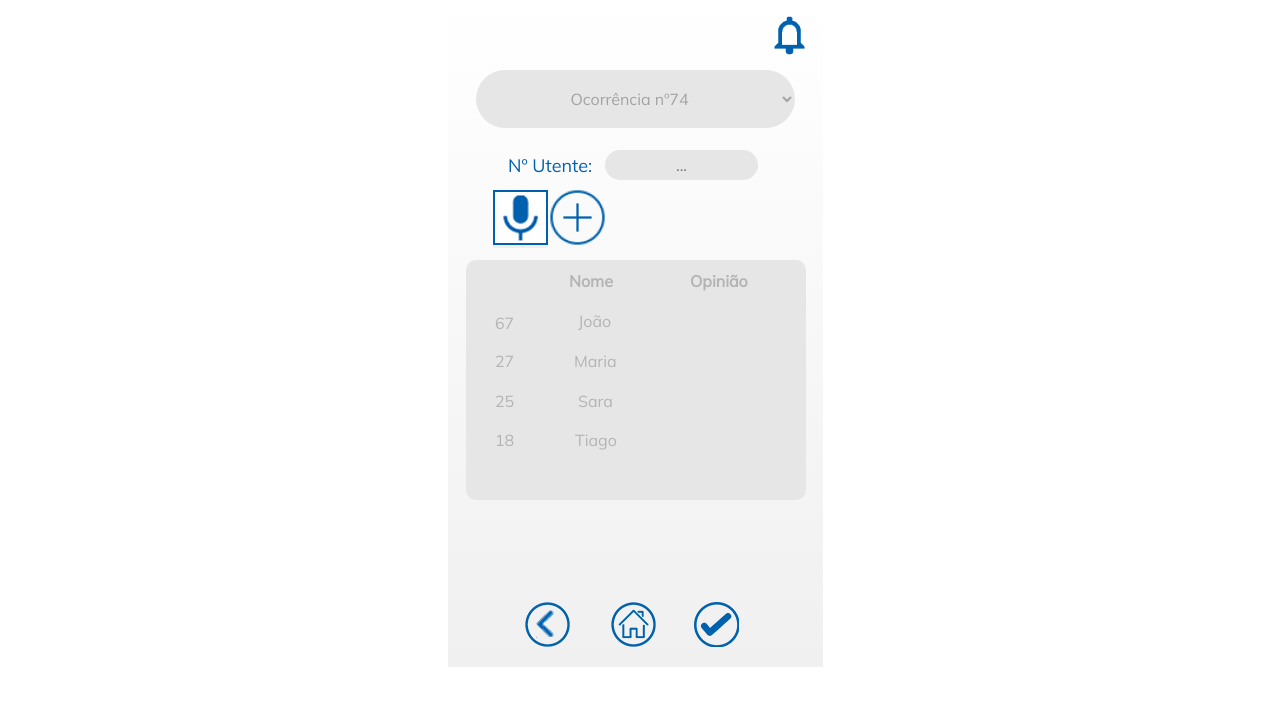
Repository: PedroMM-G/INEM
Page: Back-Office/registo_opinioes_externas.html
The author's editor kept a record of every edit. The page is drawn from the files as they stood at one moment, then again after the next edit.
The browser window is 1280 px wide. The pictures show the whole page.

Above is the page before.
Console error: TypeError: Cannot read properties of null (reading 'addEventListener')

### Back-Office/registo_opinioes_externas.html
<!DOCTYPE html>
<html><head>
    <link href="https://fonts.googleapis.com/css?family=Mulish&amp;display=swap" rel="stylesheet">
    <link href="estilo.css" rel="stylesheet">
        <script src="script.js"></script>
    <title>Document</title>
    <meta charset="utf-8">
</head>

<body>
    <div class="main">
        <button class ="notificacoes" onclick="myFunction()">
            <img src="imagens/notificacoes.png"> </button>
        <button id="microfone">
            <img src="imagens/microfone.jpg" > </button>



        <button id="add2">
            <img src="imagens/add2.png" class="add"></button>

        <input type="text" class="add_utente" placeholder="...">
        <div>
            <span>
                <select class="selecionar">
                    <option>Ocorrência nº74</option>
                    <option>Ocorrência nº73</option>
                    <option>Ocorrência nº72</option>
                    <option>Ocorrência nº71</option>
                </select>
            </span>
        </div>

        <span class="n_utente">Nº Utente:</span>



        <div class="tabela2">
            <span class="numero_1">67</span>
            <span class="numero_2">25</span>
            <span class="numero_3">18</span>
            <span class="numero_4">27</span>
            <span class="name_1">João</span>
            <span class="name_2">Sara</span>
            <span class="name_3">Tiago</span>
            <span class="name_4">Maria</span>
            <span class="titulo_1">Opinião</span>
            <span class="titulo_2">Nome</span>

        </div>


        <!------------ barra de navegaçao ------------------>

            <a href="menu_ocorrencias.html">
            <button class="voltar">
            <img src="imagens/voltar.png">
            </button>
            </a>

            <a href="menu_auditor.html">
            <button class="home">
            <img src="imagens/home.png">
            </button>
            </a>

            <button class="confirmar">
            <img src="imagens/confirmar.png">
            </button>
            </a>

    </div>


    </body>

</html>

Loaded but not shown: Back-Office/script.js (317 lines, source omitted); Back-Office/estilo.css (2598 lines, source omitted)

After the next edit:
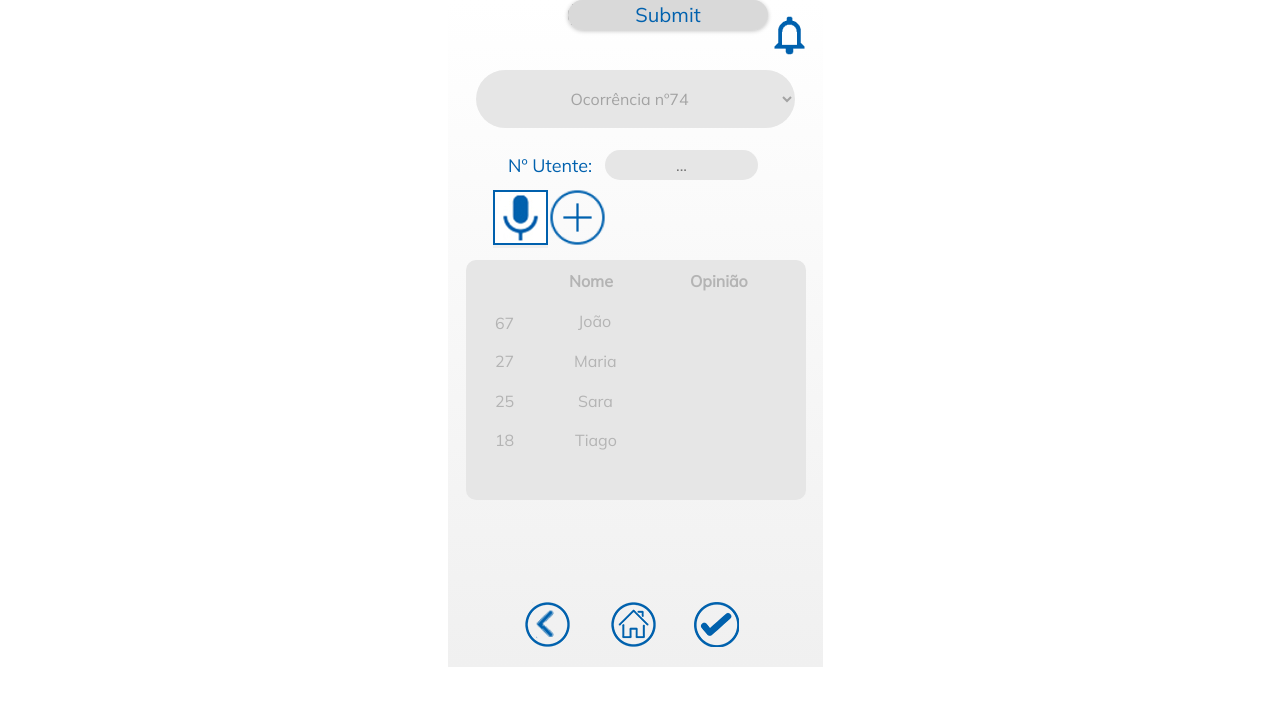
The edit:
--- a/Back-Office/registo_opinioes_externas.html
+++ b/Back-Office/registo_opinioes_externas.html
@@ -14,7 +14,10 @@
         <button id="microfone">
             <img src="imagens/microfone.jpg" > </button>
 
-
+        <form action="/action_page.php">
+            <input type="file" id="myFile" name="filename">
+            <input type="submit">
+        </form>
 
         <button id="add2">
             <img src="imagens/add2.png" class="add"></button>
